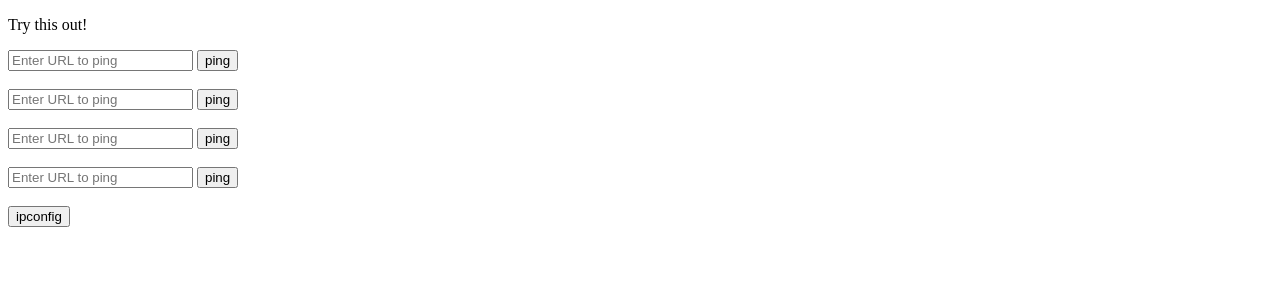
Repository: TarangGarlapally/NetworkCommandsSimulation
Page: http://localhost/NetworkManagement/index.jsp
The author's editor kept a copy of each file at every save. The page is drawn from the files as they stood at one save, then again after the next save.
The browser window is 1280 px wide. The pictures show the whole page.
The page is served by Tomcat 9.

Above is the page before, as saved 2021-01-03 10:26:25.

After the next save:
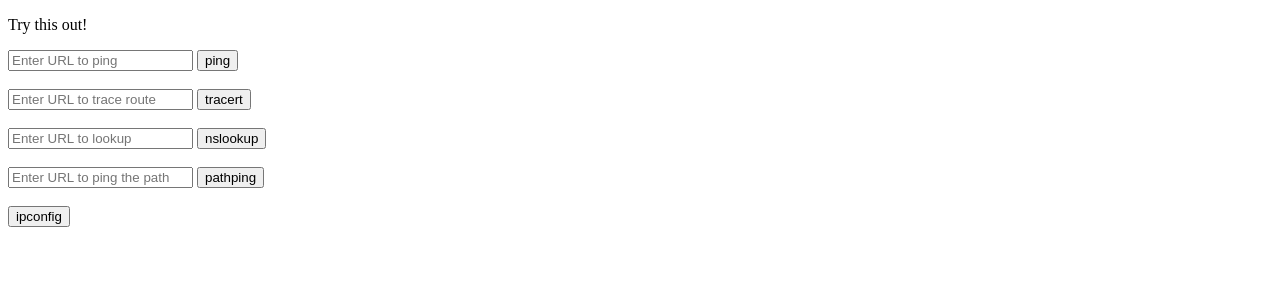
Saved 3 min 17 s later.
--- a/NetworkManagement/WebContent/index.jsp
+++ b/NetworkManagement/WebContent/index.jsp
@@ -14,16 +14,16 @@
 	<button type = "submit" name = "command" value="ping">ping</button>
 	<br /><br />
 
-	<input type="text" name="pingurl" placeholder="Enter URL to ping"></input>
-	<button type = "submit" name = "command" value="ping">ping</button>
+	<input type="text" name="tracerturl" placeholder="Enter URL to trace route"></input>
+	<button type = "submit" name = "command" value="ping">tracert</button>
 	<br /><br />
 
-	<input type="text" name="pingurl" placeholder="Enter URL to ping"></input>
-	<button type = "submit" name = "command" value="ping">ping</button>
+	<input type="text" name="nslookupurl" placeholder="Enter URL to lookup"></input>
+	<button type = "submit" name = "command" value="ping">nslookup</button>
 	<br /><br />
 
-	<input type="text" name="pingurl" placeholder="Enter URL to ping"></input>
-	<button type = "submit" name = "command" value="ping">ping</button>
+	<input type="text" name="pathpingurl" placeholder="Enter URL to ping the path"></input>
+	<button type = "submit" name = "command" value="ping">pathping</button>
 	<br /><br />
 
 	<button type = "submit" name = "command" value="ipconfig">ipconfig</button>
